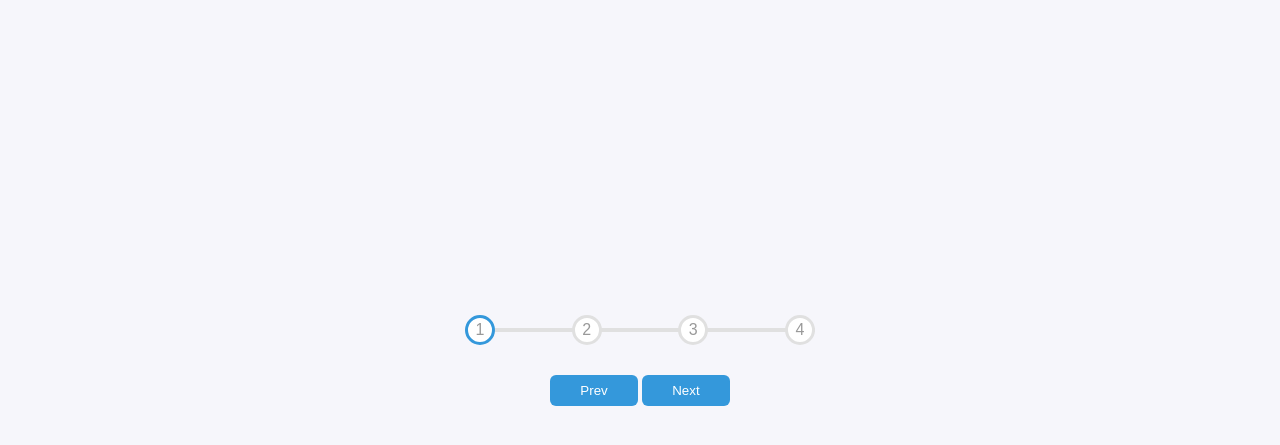
Repository: thecoachanna/progress-step-bar
Page: index.html
These files come from the project's save history. The page is drawn as it stood at one moment and after the next save; the edit follows.
The browser window is 1280 px wide. The pictures show the whole page.
Some web fonts or font styles are not loaded; a fallback is used.

Above is the page before, as saved 2023-02-15 16:15:18.

### index.html
<!DOCTYPE html>
<html lang="en">
<head>
    <meta charset="UTF-8">
    <meta http-equiv="X-UA-Compatible" content="IE=edge">
    <meta name="viewport" content="width=device-width, initial-scale=1.0">
    <link rel="stylesheet" href="style.css">
    <title>Progress Steps</title>
</head>
<body>
    <div class="container">
        <div class="progress-container">
            <div class="progress" id="progress"></div>
            <div class="circle active">1</div>
            <div class="circle">2</div>
            <div class="circle">3</div>
            <div class="circle">4</div>
        </div>
        <button class="btn" id="prev" disabled>Prev</button>
        <button class="btn" id="next">Next</button>
    </div>


    <script src="script.js"></script>
</body>
</html>

### style.css
@import url('https://fonts.googleapis.com/css?family=Muli&display=swap');

:root {
    --line-border-fill: #3498db;
    --line-border-empty: #e0e0e0;
}


* {
    box-sizing: border-box;
}

body {
    background-color: #f6f6fb;
    font-family: 'Muli', sans-serif;
    display: flex;
    align-items: center;
    justify-content: center;
    height: 100vh;
    overflow: hidden;
    margin: 0;
}

.container {
    text-align: center;
}

.progress {
    background-color: var(--line-border-fill);
    position: absolute;
    top: 50%;
    left: 0;
    transform: translateY(-50%);
    height: 4px;
    width: 0%;
    z-index: -1;
    transition: 0.4s ease;
}

.progress-container {
    display: flex;
    justify-content: space-between;
    position: relative;
    margin-bottom: 30px;
    max-width: 100%;
    width: 350px;
}

.progress-container::before {
    content: '';
    background-color: var(--line-border-empty);
    position: absolute;
    top: 50%;
    left: 0;
    transform: translateY(-50%);
    height: 4px;
    width: 100%;
    z-index: -1;
}

.circle {
    background-color: white;
    color: #999;
    border-radius: 50%;
    height: 30px;
    width: 30px;
    display: flex;
    align-items: center;
    justify-content: center;
    border: 3px solid var(--line-border-empty);
    transition: .4s ease;
}

.circle.active {
    border-color: var(--line-border-fill);
}

.btn {
    background-color: var(--line-border-fill);
    color: white;
    border: 0;
    border-radius: 6px;
    cursor: pointer;
    font-family: inherit;
    padding: 8px 30px;
    margin: ;
}

Loaded but not shown: script.js (no copy from this time; the picture is the same without it)

After the next save:
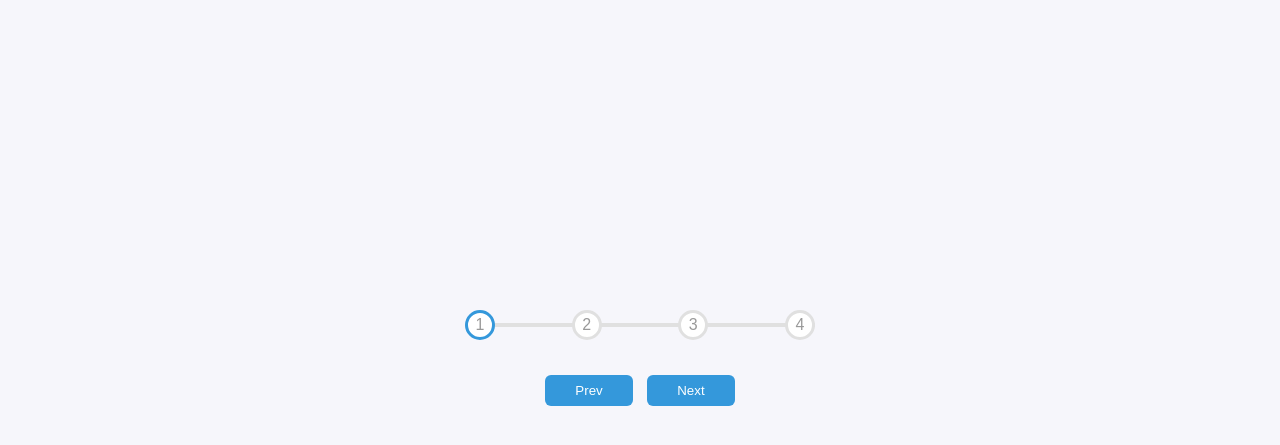
Saved 4 s later.
--- a/style.css
+++ b/style.css
@@ -83,5 +83,6 @@ body {
     cursor: pointer;
     font-family: inherit;
     padding: 8px 30px;
-    margin: ;
+    margin: 5px;
+
 }
